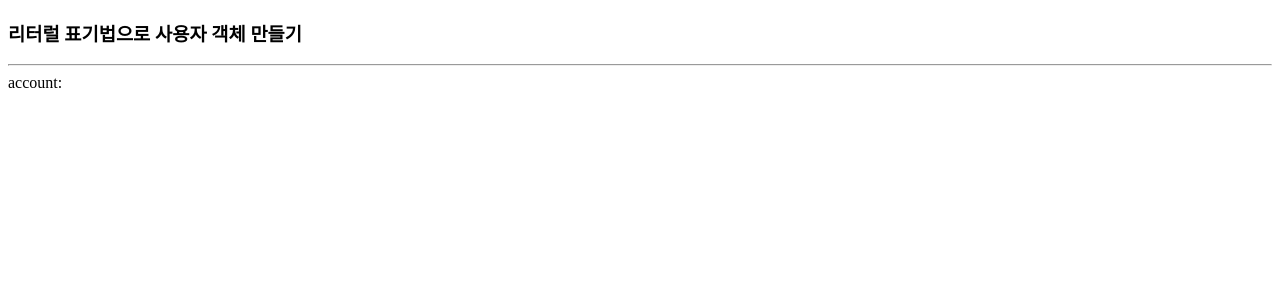
Repository: luna2222/web
Page: 02.JavaScript/WebContent/chap2/02_10Account.html
These files come from the project's save history. The page is drawn as it stood at one moment and after the next save; the edit follows.
The browser window is 1280 px wide. The pictures show the whole page.

Above is the page before, as saved 2019-02-24 05:12:31.
Console error: SyntaxError: Unexpected token 'this'

### 02.JavaScript/WebContent/chap2/02_10Account.html
<!DOCTYPE html>
<html>
<head>
<meta charset="UTF-8">
<title>리터럴 표기법으로 사용자 객체 만들기</title>
	<script >
		//사용자 객체 만들기
		var account={
				//프로퍼티 생성 및 초기화
       owner : "홍길동" ,//계좌 주인
       cobe :"111",  // 계좌 주인
       balance :35000, //잔액 프로퍼티

       //메소드 작성
       inquiry : function(){ return this.balance; },
       deposit : function(money){ this.balance += money;},
       withdraw :function(money){ // 예금인출 money는 인출하고자하는 액수
		}                         // money가 balance 보다 적다고 가정

		this.balance-=money;
		return money;
		}
	};
	</script>

</head>
<body>
	 <h3> 리터럴 표기법으로 사용자 객체 만들기 </h3>
	 <hr>
	 <script >
	 	document.write("account:" );
	 	document.write(account.owner+"," );
	 	document.write(account.code+"," );
	 	document.write(account.balance+"<br>");

	 	account.deposit(10000);
	 	document.write("10000원 저금 후 잔액은 "+account.inquiry()+"<br>" );
	 	account.withdraw(5000);//인출
	 	document.write("5000원 인출후 잔액은 " +account.inquiry()+"<br>" );
	 </script>
</body>
</html>

After the next save:
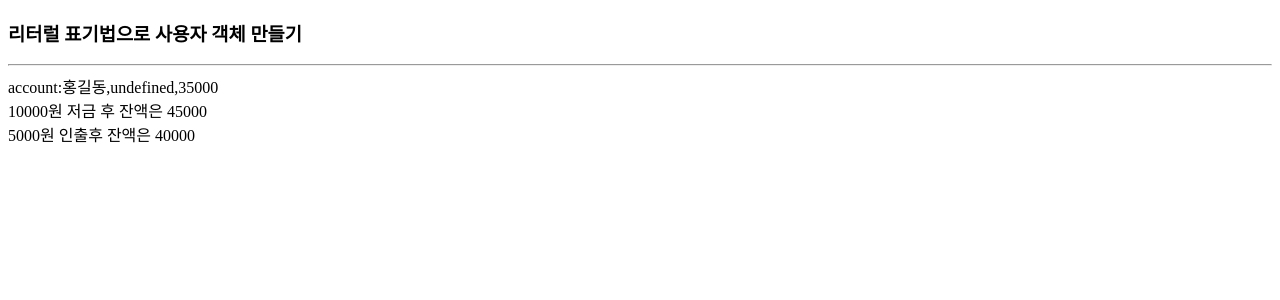
The error is gone.
Saved 40 s later.
--- a/02.JavaScript/WebContent/chap2/02_10Account.html
+++ b/02.JavaScript/WebContent/chap2/02_10Account.html
@@ -15,7 +15,7 @@
        inquiry : function(){ return this.balance; },
        deposit : function(money){ this.balance += money;},
        withdraw :function(money){ // 예금인출 money는 인출하고자하는 액수
-		}                         // money가 balance 보다 적다고 가정
+		                         // money가 balance 보다 적다고 가정
 
 		this.balance-=money;
 		return money;
